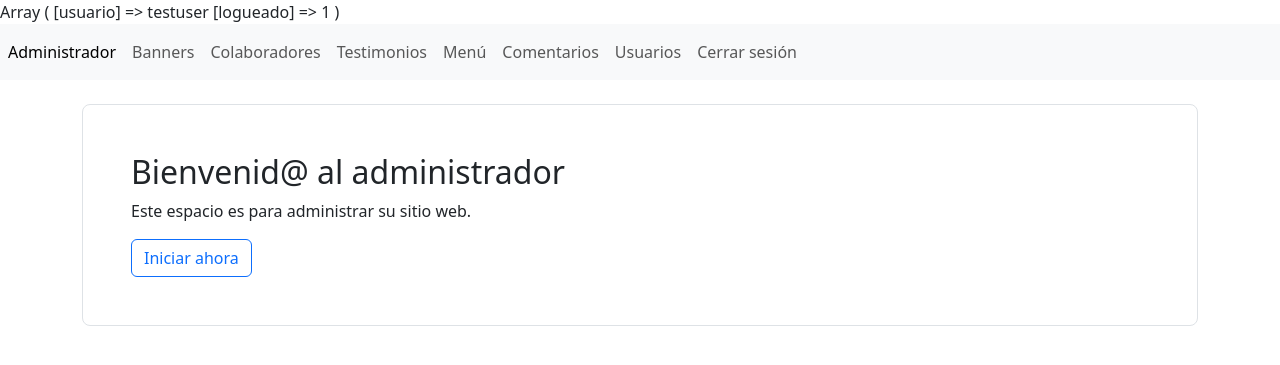
Repository: salextros/Restaurant-Project-PHP-MySQL
Page: http://localhost/TRABAJO_FINAL/restaurant/admin/index.php
These files come from the project's save history. The page is drawn as it stood at one moment and after the next save; the edit follows.
The browser window is 1280 px wide. The pictures show the whole page.
The page is run by PHP 8.4 with error messages shown; the project is at /var/www/html/. The session is filled in as if someone had signed in: {"usuario": "testuser", "logueado": true}.

Above is the page before, as saved 2026-02-03 20:56:08.

After the next save:
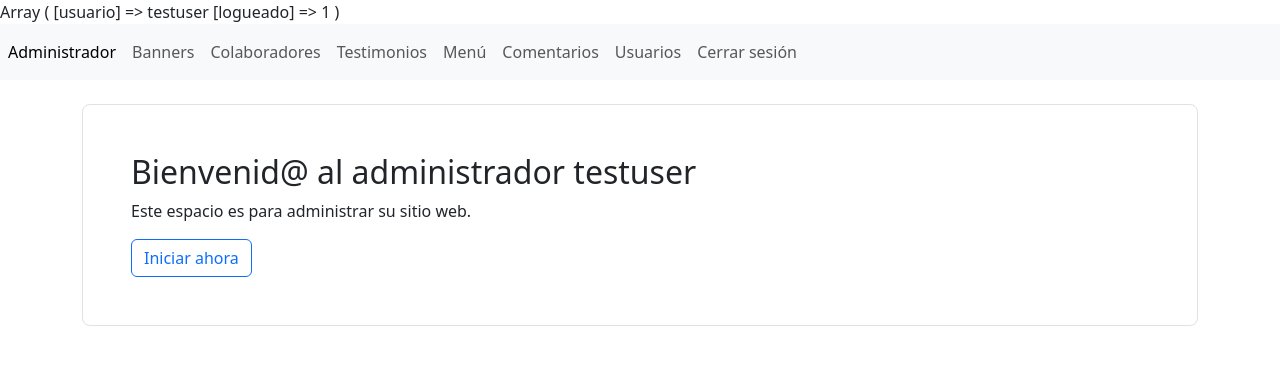
Saved 2 min 19 s later.
--- a/restaurant/admin/index.php
+++ b/restaurant/admin/index.php
@@ -5,7 +5,7 @@
     <div class="col-md-12">
         <div
             class="h-100 p-5 border rounded-3">
-            <h2>Bienvenid@ al administrador</h2>
+            <h2>Bienvenid@ al administrador <?php echo $_SESSION["usuario"];?> </h2>
             <p>Este espacio es para administrar su sitio web.</p>
             <button class="btn btn-outline-primary" type="button"> Iniciar ahora </button>
         </div>
